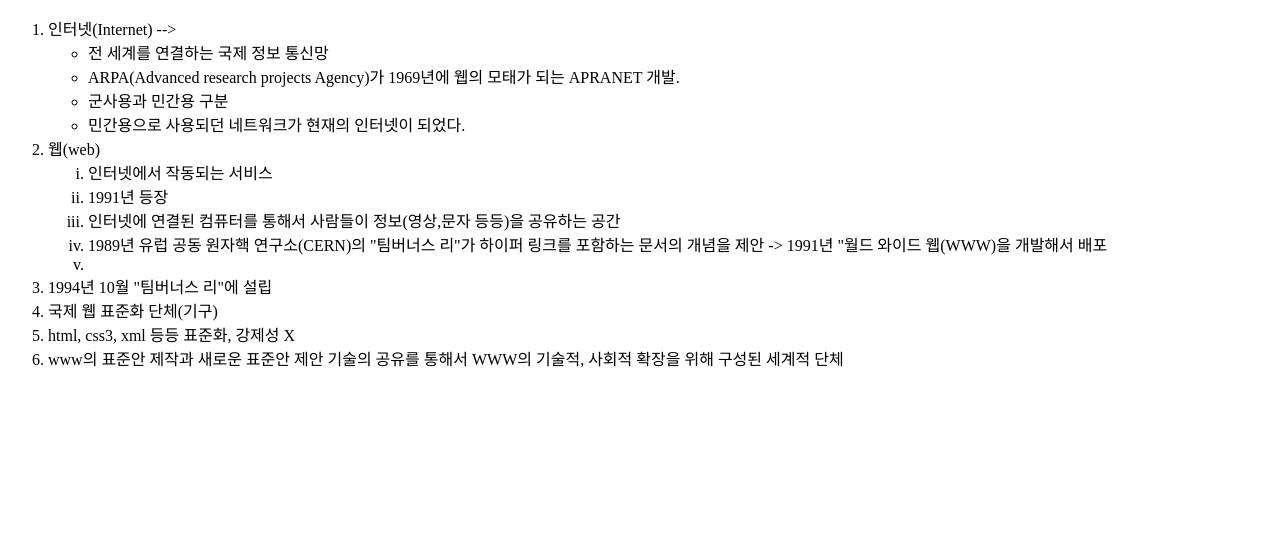
Repository: donggri1/WORKSPACE
Page: WebClass/webPro/src/main/webapp/html/days01/Ex01.html
The author's editor kept a copy of each file at every save. The page is drawn from the files as they stood at one save, then again after the next save.
The browser window is 1280 px wide. The pictures show the whole page.

Above is the page before, as saved 2024-03-22 07:08:02.

### WebClass/webPro/src/main/webapp/html/days01/Ex01.html
<!DOCTYPE html>
<html>
<head>
<meta charset="UTF-8">
<title>Insert title here</title>
</head>
<body>
 <!-- ol>li*3 -->
 <ol>
 	<li>인터넷(Internet)
<!--  		ul>li*4 ctrl Shift /,\,c--> -->
 		<ul>
 			<li>전 세계를 연결하는 국제 정보 통신망</li>
 			<li>ARPA(Advanced research projects Agency)가
 			1969년에 웹의 모태가 되는 APRANET 개발.</li>
 			<li>군사용과 민간용 구분</li>
 			<li>민간용으로 사용되던 네트워크가 현재의 인터넷이 되었다.</li>
 		</ul>
 	</li>
	<li>웹(web)
	  <ol type="i">
		<li>인터넷에서 작동되는 서비스</li>
		<li>1991년 등장</li>
		<li>인터넷에 연결된 컴퓨터를 통해서
		사람들이 정보(영상,문자 등등)을 공유하는 공간</li>
		<li>1989년 유럽 공동 원자핵 연구소(CERN)의 "팀버너스 리"가
		하이퍼 링크를 포함하는 문서의 개념을 제안 ->
		1991년 "월드 와이드 웹(WWW)을 개발해서 배포</li>
		<li></li>
	</ol>
		<li>1994년 10월 "팀버너스 리"에 설립</li>
		<li>국제 웹 표준화 단체(기구)</li>
		<li>html, css3, xml 등등 표준화, 강제성 X</li>
		<li>www의 표준안 제작과 새로운 표준안
		제안 기술의 공유를 통해서 WWW의 기술적, 사회적
		확장을 위해 구성된 세계적 단체</li>

 	</ol>
</body>
</html>

After the next save:
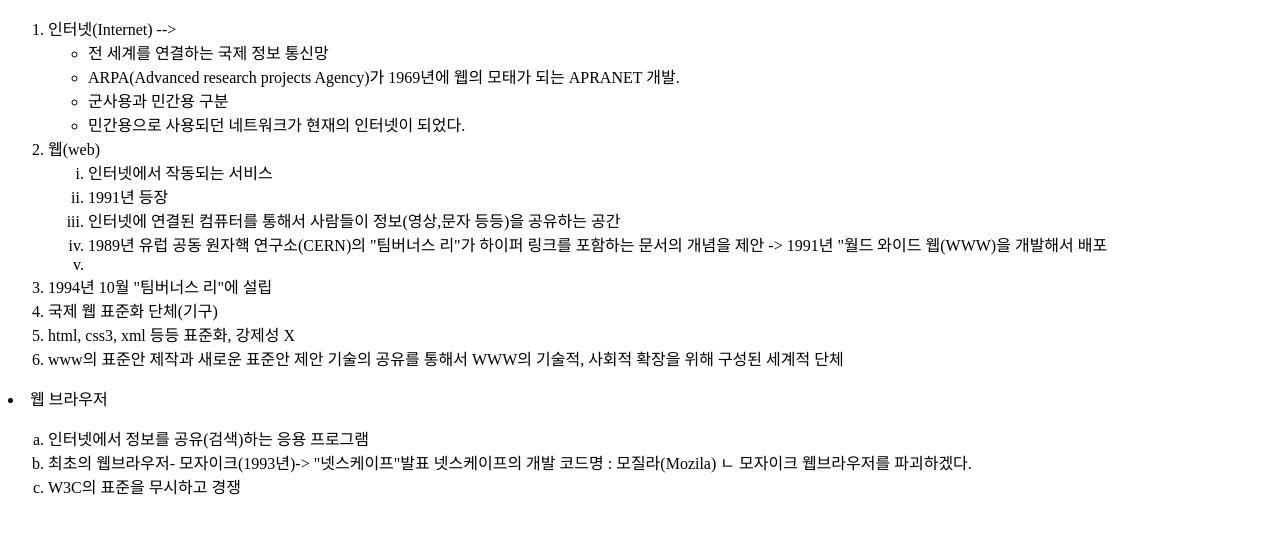
Saved 4 min 5 s later.
--- a/WebClass/webPro/src/main/webapp/html/days01/Ex01.html
+++ b/WebClass/webPro/src/main/webapp/html/days01/Ex01.html
@@ -34,7 +34,18 @@
 		<li>www의 표준안 제작과 새로운 표준안
 		제안 기술의 공유를 통해서 WWW의 기술적, 사회적
 		확장을 위해 구성된 세계적 단체</li>
+ 	</ol>
+ 	</li>
+ 	<li>웹 브라우저
+ 		<ol type="a">
+ 		<li>인터넷에서 정보를 공유(검색)하는 응용 프로그램</li>
+ 		<li>최초의 웹브라우저- 모자이크(1993년)-> "넷스케이프"발표
+ 			넷스케이프의 개발 코드명 : 모질라(Mozila)
+ 								 ㄴ 모자이크 웹브라우저를 파괴하겠다.
+ 		</li>
+ 		<li>W3C의 표준을 무시하고 경쟁 </li>
+ 		</ol>
 
- 	</ol>
+ 	</li>
 </body>
 </html>
